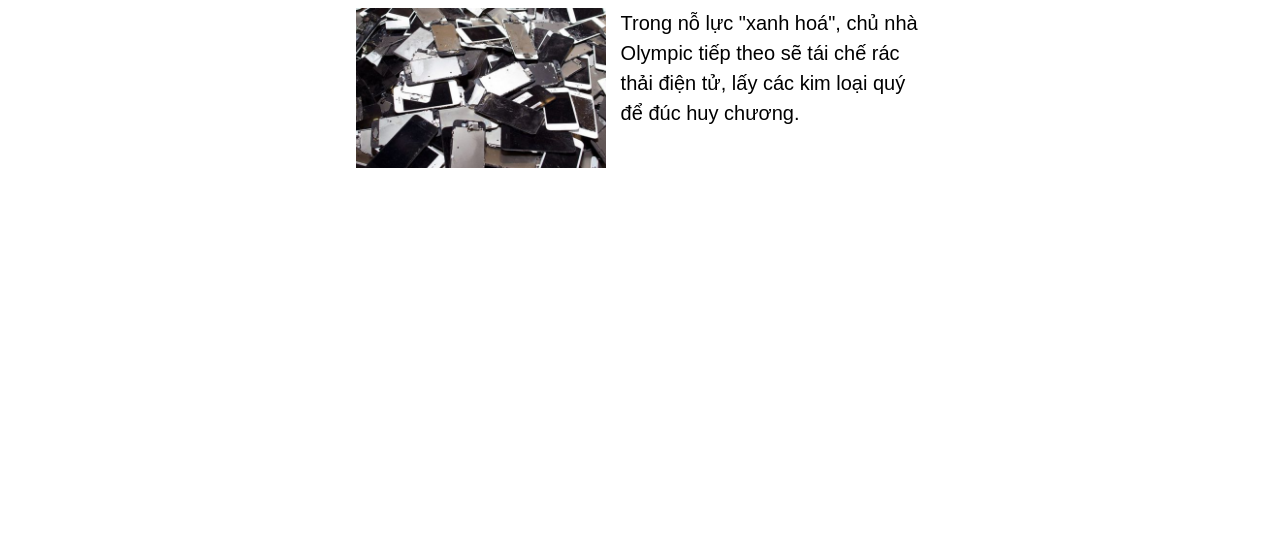
Repository: tuiladev/TKW
Page: CSS/Bai2/index.html
These files come from the project's save history. The page is drawn as it stood at one moment and after the next save; the edit follows.
The browser window is 1280 px wide. The pictures show the whole page.

Above is the page before, as saved 2022-04-05 23:30:54.

### CSS/Bai2/index.html
<!DOCTYPE html>
<html lang="en">
   <head>
      <meta charset="UTF-8" />
      <title>21115053120156 - Dang Van Trung</title>
      <link rel="stylesheet" href="./style.css" />
   </head>
   <body>
      <div class="news">
         <img src="./images/anh1.jpg" alt="" class="news__img" align="left" />
         <p class="news__desc">
            Trong nỗ lực "xanh hoá", chủ nhà Olympic tiếp theo sẽ tái chế rác thải điện tử, lấy các
            kim loại quý để đúc huy chương.
         </p>
      </div>
   </body>
</html>

### CSS/Bai2/style.css
body {
   font-family: sans-serif;
}
.news {
   width: 45%;
   margin: 0 auto;
}
.news__title {
   font-size: 24px;
   margin-bottom: 12px;
}
.news__img {
   width: 250px;
   height: 160px;
   object-fit: cover;
   margin-right: 15px;
}
.news__desc {
   font-size: 20px;
   line-height: 1.5;
   margin: 0;
}

After the next save:
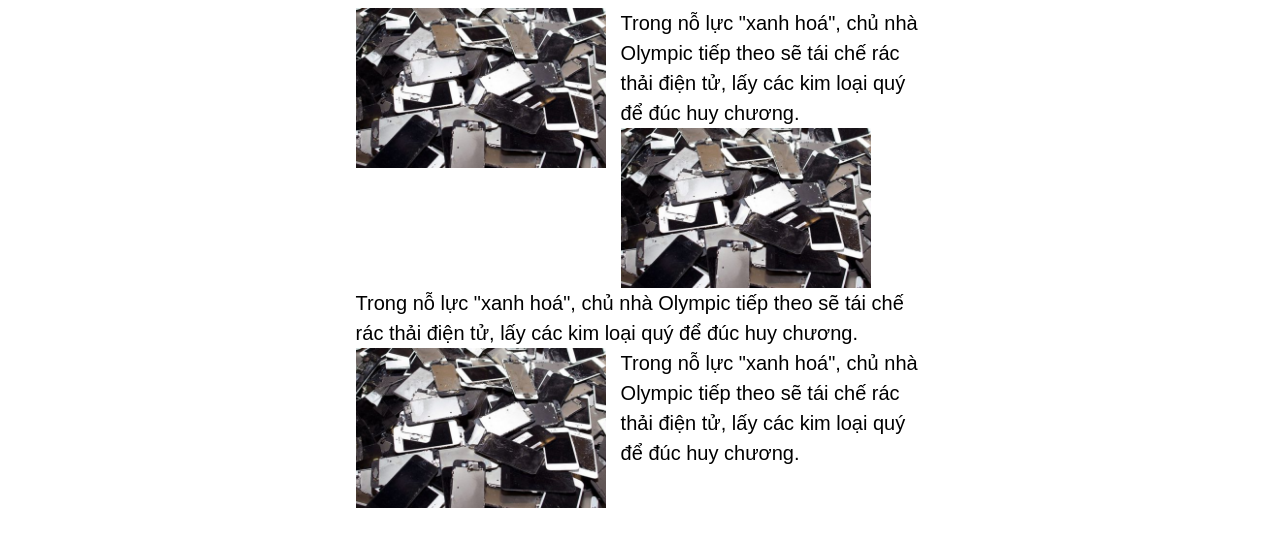
Saved 15 s later.
--- a/CSS/Bai2/index.html
+++ b/CSS/Bai2/index.html
@@ -13,5 +13,19 @@
             kim loại quý để đúc huy chương.
          </p>
       </div>
+      <div class="news">
+         <img src="./images/anh1.jpg" alt="" class="news__img" align="left" />
+         <p class="news__desc">
+            Trong nỗ lực "xanh hoá", chủ nhà Olympic tiếp theo sẽ tái chế rác thải điện tử, lấy các
+            kim loại quý để đúc huy chương.
+         </p>
+      </div>
+      <div class="news">
+         <img src="./images/anh1.jpg" alt="" class="news__img" align="left" />
+         <p class="news__desc">
+            Trong nỗ lực "xanh hoá", chủ nhà Olympic tiếp theo sẽ tái chế rác thải điện tử, lấy các
+            kim loại quý để đúc huy chương.
+         </p>
+      </div>
    </body>
 </html>

After the save that followed:
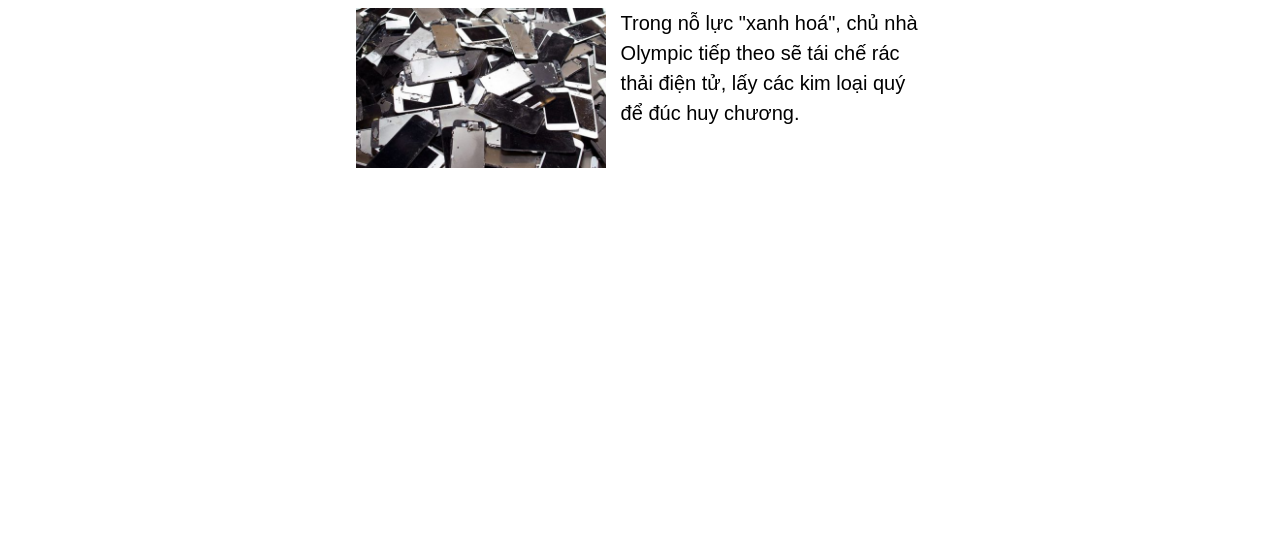
Saved 7 s later.
--- a/CSS/Bai2/index.html
+++ b/CSS/Bai2/index.html
@@ -13,19 +13,5 @@
             kim loại quý để đúc huy chương.
          </p>
       </div>
-      <div class="news">
-         <img src="./images/anh1.jpg" alt="" class="news__img" align="left" />
-         <p class="news__desc">
-            Trong nỗ lực "xanh hoá", chủ nhà Olympic tiếp theo sẽ tái chế rác thải điện tử, lấy các
-            kim loại quý để đúc huy chương.
-         </p>
-      </div>
-      <div class="news">
-         <img src="./images/anh1.jpg" alt="" class="news__img" align="left" />
-         <p class="news__desc">
-            Trong nỗ lực "xanh hoá", chủ nhà Olympic tiếp theo sẽ tái chế rác thải điện tử, lấy các
-            kim loại quý để đúc huy chương.
-         </p>
-      </div>
    </body>
 </html>
